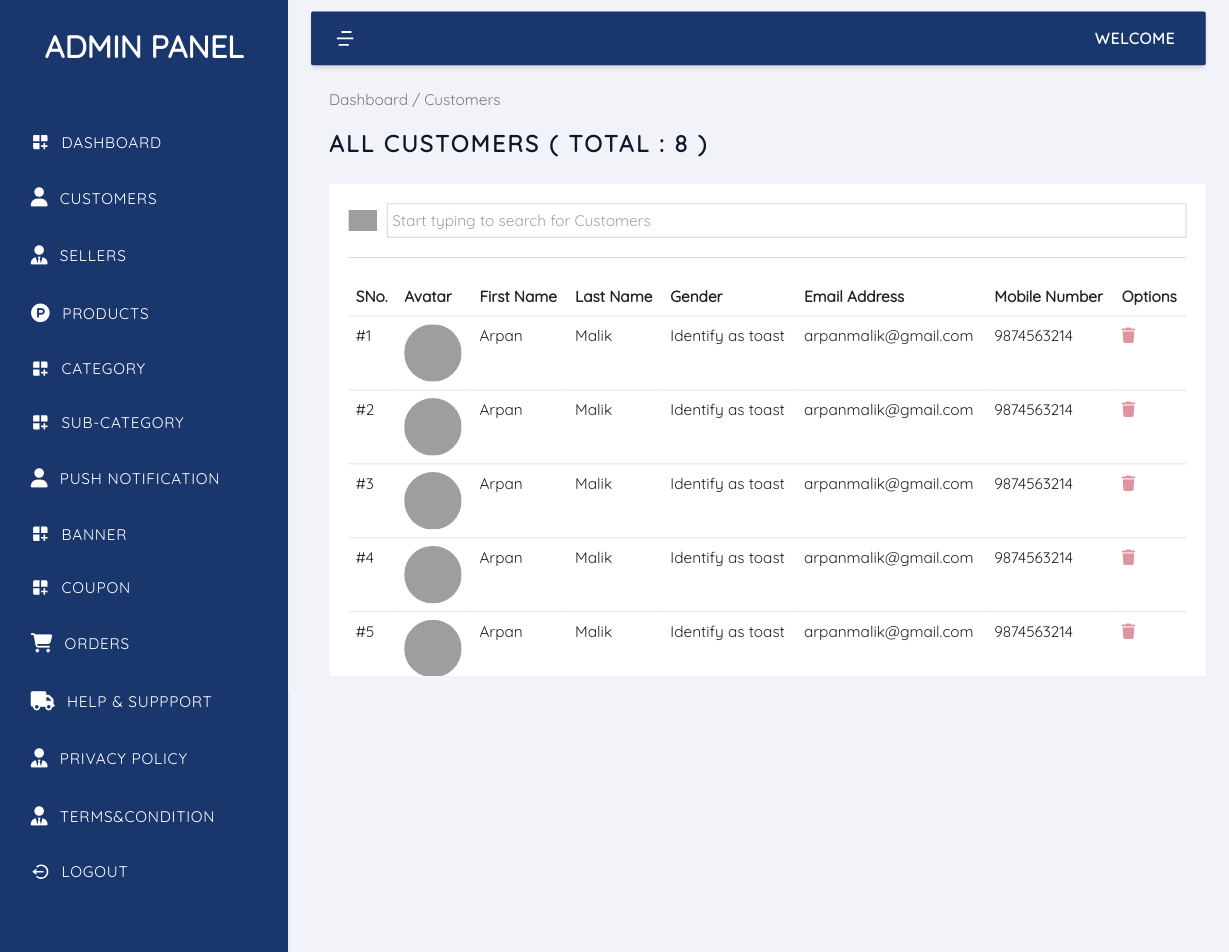
Repository: shishpal2000/admin.aschpro
Page: /Customer
An editor plug-in stored every save of this project. The page is shown before and after the next save, followed by the edit.
The browser window is 1280 px wide. The pictures show the whole page, at 96% of full size.
Pictures or frames that could not be fetched are drawn as grey boxes. An inner scrolling area shows only its first screen. Some web libraries are served in a nearby version. The project was rebuilt for these pictures with package versions that can differ from the ones it lists, and the page was loaded fresh each time. Also part of the build but not shown: src/E-CommerceAdmin/forms/Login.jsx, src/E-CommerceAdmin/pages/Dashboard.jsx, src/E-CommerceAdmin/pages/ECategory.js, src/E-CommerceAdmin/pages/EProduct.js, src/E-CommerceAdmin/pages/EVendorList.js, src/E-CommerceAdmin/pages/EAdminOrders.js, src/E-CommerceAdmin/pages/EAdminDelivery.js, src/E-CommerceAdmin/pages/ESubCategory.js and 6 more. Imported but missing from the stored project, and not drawn on this page: src/E-CommerceAdmin/pages/Component/SpinnerComp.

Above is the page before, as saved 2023-06-28 18:15:15.

### public/index.html
<!-- @format -->

<!DOCTYPE html>
<html lang="en">
  <head>
    <meta charset="utf-8" />
    <meta name="viewport" content="width=device-width, initial-scale=1" />
    <meta name="theme-color" content="#000000" />
    <meta
      name="description"
      content="Web site created using create-react-app"
    />
    <link rel="icon" href="%PUBLIC_URL%/favicon.png" />
    <link rel="manifest" href="%PUBLIC_URL%/manifest.json" />
    <link rel="preconnect" href="https://fonts.googleapis.com" />
    <link rel="preconnect" href="https://fonts.gstatic.com" crossorigin />
    <link
      href="https://fonts.googleapis.com/css2?family=Roboto+Mono:ital,wght@1,300&display=swap"
      rel="stylesheet"
    />
    <link rel="preconnect" href="https://fonts.googleapis.com">
<link rel="preconnect" href="https://fonts.gstatic.com" crossorigin>
<link href="https://fonts.googleapis.com/css2?family=Quicksand&display=swap" rel="stylesheet">
    <title>Subharambh</title>
  </head>
  <body>
    <noscript>You need to enable JavaScript to run this app.</noscript>
    <div id="root"></div>
    <script src="https://code.jquery.com/jquery-3.6.0.min.js"></script>
    <script
      src="https://kit.fontawesome.com/b533b351e4.js"
      crossorigin="anonymous"
    ></script>
    <script
      type="module"
      src="https://unpkg.com/ionicons@7.1.0/dist/ionicons/ionicons.esm.js"
    ></script>
    <script
      nomodule
      src="https://unpkg.com/ionicons@7.1.0/dist/ionicons/ionicons.js"
    ></script>
  </body>
</html>

### src/E-CommerceAdmin/pages/EAdminCustomer.js
/** @format */

import React, { useEffect, useState } from "react";
import { Alert, Table } from "react-bootstrap";
import HOC from "../layout/HOC";
import { Dropdown, Menu } from "antd";

const data = [
  {
    img: "https://img.freepik.com/free-vector/businessman-character-avatar-isolated_24877-60111.jpg",
    fName: "Arpan",
    lName: "Malik",
    Gender: "Identify as toast",
    email: "arpanmalik@gmail.com",
    mobile: "9874563214",
  },
  {
    img: "https://img.freepik.com/free-vector/businessman-character-avatar-isolated_24877-60111.jpg",
    fName: "Arpan",
    lName: "Malik",
    Gender: "Identify as toast",
    email: "arpanmalik@gmail.com",
    mobile: "9874563214",
  },

  {
    img: "https://img.freepik.com/free-vector/businessman-character-avatar-isolated_24877-60111.jpg",
    fName: "Arpan",
    lName: "Malik",
    Gender: "Identify as toast",
    email: "arpanmalik@gmail.com",
    mobile: "9874563214",
  },
  {
    img: "https://img.freepik.com/free-vector/businessman-character-avatar-isolated_24877-60111.jpg",
    fName: "Arpan",
    lName: "Malik",
    Gender: "Identify as toast",
    email: "arpanmalik@gmail.com",
    mobile: "9874563214",
  },
  {
    img: "https://img.freepik.com/free-vector/businessman-character-avatar-isolated_24877-60111.jpg",
    fName: "Arpan",
    lName: "Malik",
    Gender: "Identify as toast",
    email: "arpanmalik@gmail.com",
    mobile: "9874563214",
  },
  {
    img: "https://img.freepik.com/free-vector/businessman-character-avatar-isolated_24877-60111.jpg",
    fName: "Arpan",
    lName: "Malik",
    Gender: "Identify as toast",
    email: "arpanmalik@gmail.com",
    mobile: "9874563214",
  },
  {
    img: "https://img.freepik.com/free-vector/businessman-character-avatar-isolated_24877-60111.jpg",
    fName: "Arpan",
    lName: "Malik",
    Gender: "Identify as toast",
    email: "arpanmalik@gmail.com",
    mobile: "9874563214",
  },
  {
    img: "https://img.freepik.com/free-vector/businessman-character-avatar-isolated_24877-60111.jpg",
    fName: "Arpan",
    lName: "Malik",
    Gender: "Identify as toast",
    email: "arpanmalik@gmail.com",
    mobile: "9874563214",
  },
];

const EAdminCustomer = () => {
  const [query, setQuery] = useState("");
  const [currentPage2, setCurrentPage2] = useState(1);
  const [postPerPage2] = useState(10);
  const lastPostIndex2 = currentPage2 * postPerPage2;
  const firstPostIndex2 = lastPostIndex2 - postPerPage2;
  let pages2 = [];


  const TotolData = query
    ? data?.filter(
        (i) =>
          i?.fName?.toLowerCase().includes(query?.toLowerCase()) ||
          i?.lName?.toLowerCase().includes(query?.toLowerCase()) ||
          i?.email?.toLowerCase().includes(query?.toLowerCase())
      )
    : data;

  useEffect(() => {
    if (query) {
      setCurrentPage2(1);
    }
  }, [query]);

  const slicedData = TotolData?.slice(firstPostIndex2, lastPostIndex2);

  for (let i = 1; i <= Math.ceil(TotolData?.length / postPerPage2); i++) {
    pages2.push(i);
  }

  function Next() {
    setCurrentPage2(currentPage2 + 1);
  }

  function Prev() {
    if (currentPage2 !== 1) {
      setCurrentPage2(currentPage2 - 1);
    }
  }

  return (
    <>
      <p className="headP">Dashboard / Customers</p>
      <div
        className="pb-4 w-full flex justify-between items-center"
        style={{ width: "98%", marginLeft: "2%" }}
      >
        <span
          className="tracking-widest text-slate-900 font-semibold uppercase "
          style={{ fontSize: "1.5rem" }}
        >
          All Customers ( Total : {data?.length} )
        </span>
      </div>

      <section className="sectionCont">
        {data?.length === 0 || !data ? (
          <Alert>No Data Found</Alert>
        ) : (
          <>
            <div className="filterBox">
              <img
                src="https://t4.ftcdn.net/jpg/01/41/97/61/360_F_141976137_kQrdYIvfn3e0RT1EWbZOmQciOKLMgCwG.jpg"
                alt=""
              />
              <input
                type="search"
                placeholder="Start typing to search for Customers"
                onChange={(e) => setQuery(e.target.value)}
              />
            </div>

            <div className="overFlowCont">
              <Table>
                <thead>
                  <tr>
                    <th>SNo.</th>
                    <th>Avatar</th>
                    <th>First Name</th>
                    <th>Last Name</th>
                    <th>Gender</th>
                    <th>Email Address</th>
                    <th>Mobile Number</th>
                    <th>Options</th>
                  </tr>
                </thead>
                <tbody>
                  {slicedData?.map((i, index) => (
                    <tr key={index}>
                      <td>#{index + 1} </td>
                      <td>
                        <img
                          src={i.img}
                          alt=""
                          style={{
                            width: "60px",
                            height: "60px",
                            borderRadius: "100%",
                          }}
                        />
                      </td>
                      <td> {i.fName} </td>
                      <td> {i.lName} </td>
                      <td> {i.Gender} </td>
                      <td> {i.email} </td>
                      <td> {i.mobile} </td>
                      <td>
                        <i className="fa-solid fa-trash" />
                      </td>
                    </tr>
                  ))}
                </tbody>
              </Table>{" "}
              <div className="pagination">
                <button onClick={() => Prev()} className="prevBtn">
                  <i className="fa-solid fa-backward"></i>
                </button>
                {currentPage2 === 1 ? (
                  ""
                ) : (
                  <button onClick={() => setCurrentPage2(1)}>1</button>
                )}

                {pages2
                  ?.slice(currentPage2 - 1, currentPage2 + 3)
                  .map((i, index) =>
                    i === pages2?.length ? (
                      ""
                    ) : (
                      <button
                        key={index}
                        onClick={() => setCurrentPage2(i)}
                        className={currentPage2 === i ? "activePage" : ""}
                      >
                        {" "}
                        {i}{" "}
                      </button>
                    )
                  )}

                <button
                  onClick={() => setCurrentPage2(pages2?.length)}
                  className={
                    currentPage2 === pages2?.length ? "activePage" : ""
                  }
                >
                  {" "}
                  {pages2?.length}{" "}
                </button>

                {currentPage2 === pages2?.length ? (
                  ""
                ) : (
                  <button onClick={() => Next()} className="nextBtn">
                    {" "}
                    <i className="fa-sharp fa-solid fa-forward"></i>
                  </button>
                )}
              </div>
            </div>
          </>
        )}
      </section>
    </>
  );
};

export default HOC(EAdminCustomer);

### src/E-CommerceAdmin/layout/HOC.jsx
/** @format */

import React, { useState } from "react";
import Navbar from "./Navbar";
import Sidebar from "./Sidebar";

const HOC = (Wcomponenet) => {
  return function Component() {
    const [hamb, setHamb] = useState(false);
    return (
      <>
        <section
          className="flex overflow-x-hidden relative "
          style={{ backgroundColor: "#f2f3f8" }}
        >
          {/* Sidebar */}
          <div
            className={
              hamb
                ? " absolute top-0 z-30 md:w-auto shadow-md bg-slate-200  w-60 transition-all md:-left-full left duration-150  h-auto overflow-y-auto  left-0 "
                : " md:w-72 z-30 bg-slate-200  shadow-md  md:static absolute top-0 -left-full   transition-all duration-150  overflow-y-auto h-auto"
            }
            style={{ minWidth: "300px" }}
          >
            <Sidebar hamb={hamb} setHamb={setHamb} />
          </div>
          {/* Components & Navbar */}
          <div
            className={
              hamb
                ? " transition-all px-4 py-2  duration-150 w-full h-screen"
                : " w-full h-screen  px-4 py-2   z-50 transition-all duration-150 "
            }
            style={{ backgroundColor: "#f2f3f8" }}
          >
            <Navbar hamb={hamb} setHamb={setHamb} />
            <div className="my-6 text-#000 h-[87%] wcomp overflow-y-auto">
              {" "}
              <Wcomponenet />
            </div>
          </div>
        </section>
      </>
    );
  };
};

export default HOC;

### src/E-CommerceAdmin/layout/Navbar.jsx
/** @format */

import { RiMenu4Line } from "react-icons/ri";

const Navbar = ({ hamb, setHamb }) => {
  const AdminName = localStorage.getItem("AdminName")
  return (
    <>
      <div
        className={
          hamb
            ? "flex  w-full justify-between  my-1 rounded-sm  p-4 py-3 shadow-md items-center  bg-slate-200 space-x-4"
            : "flex  w-full justify-between my-1 rounded-sm  p-4 py-3 shadow-md items-center  bg-slate-200 space-x-4"
        }
        style={{ backgroundColor: "#19376d" }}
      >
        <RiMenu4Line
          onClick={() => setHamb(!hamb)}
          className="text-2xl font-bold text-gray-900 hover:scale-90 cursor-pointer"
          style={{ color: "#fff" }}
        />

        <section className="flex sm:ml-auto justify-end sm:w-full items-center space-x-2  pr-2">
          <figcaption className="tracking-wider pl-1 font-semibold">
            <div
              className="lg:text-base text-sm text-gray-900  uppercase"
              style={{ color: "#fff" }}
            >
              Welcome {AdminName}
            </div>
          </figcaption>
        </section>
      </div>
    </>
  );
};

export default Navbar;

### src/E-CommerceAdmin/layout/Sidebar.jsx
/** @format */

import React from "react";
import { RiCloseLine } from "react-icons/ri";
import { Link, useNavigate } from "react-router-dom";
import { BiLogOutCircle } from "react-icons/bi";
import { MdDashboardCustomize } from "react-icons/md";

const Sidebar = ({ hamb, setHamb }) => {
  const navigate = useNavigate();

  const nav = [
    {
      icon: <MdDashboardCustomize className="text-xl mr-3 rounded-full " />,
      link: "/dashboard ",
      name: "Dashboard",
    },

    {
      icon: (
        <i className="fa-solid fa-user text-xl mr-3 rounded-full"></i>
      ),
      link: "/Customer",
      name: "Customers",
    },
    {
      icon: <i className="fa-solid fa-user-tie text-xl mr-3 rounded-full"></i>,
      link: "/VendorList",
      name: "Sellers",
    },
    {
      icon: (
    <i className="fa-brands fa-product-hunt text-xl mr-3 rounded-full"></i>
      ),
      link: "/Product",
      name: "Products",
    },
    {
      icon: <MdDashboardCustomize className="text-xl mr-3 rounded-full " />,
      link: "/Category",
      name: "Category",
    },

    {
      icon: <MdDashboardCustomize className="text-xl mr-3 rounded-full " />,
      link: "/SubCategory",
      name: "Sub-Category",
    },
    {
      icon: <i className="fa-solid fa-user text-xl mr-3 rounded-full"></i>,
      link: "/pushNotification",
      name: "Push Notification",
    },

    {
      icon: <MdDashboardCustomize className="text-xl mr-3 rounded-full " />,
      link: "/banner",
      name: "Banner",
    },
    {
      icon: <MdDashboardCustomize className="text-xl mr-3 rounded-full " />,
      link: "/coupon",
      name: "Coupon",
    },

    {
      icon: (
        <i className="fa-solid fa-cart-shopping text-xl mr-3 rounded-full"></i>
      ),
      link: "/Orders",
      name: "Orders",
    },

    {
      icon: <i className="fa-solid fa-truck  text-xl mr-3 rounded-full"></i>,
      link: "/Support",
      name: "Help & Suppport",
    },


    {
      icon: <i className="fa-solid fa-user-tie text-xl mr-3 rounded-full"></i>,
      link: "/privacy",
      name: "Privacy Policy",
    },
    {
      icon: <i className="fa-solid fa-user-tie text-xl mr-3 rounded-full"></i>,
      link: "/terms",
      name: "Terms&Condition",
    }
  ];

  const logOut = () => {
    localStorage.clear()
    navigate("/");
  };

  return (
    <>
      <aside
        className="p-4 h-auto"
        style={{ backgroundColor: "#19376d", minHeight: "100vh" }}
      >
        {/* Top */}
        <div className="w-full md:hidden relative  p-2 mb-4">
          <RiCloseLine
            onClick={() => setHamb(!hamb)}
            className="text-3xl  absolute top-2 sm:hover:rotate-[228deg] transition-transform font-bold right-2 sm:hover:text-[22px] text-[rgb(241,146,46)] cursor-pointer"
          />
        </div>{" "}
        <figure className="flex  flex-col items-center">
          <span
            className="font-bold text-[#fff]"
            style={{
              fontSize: "2rem",
              textAlign: "center",
              textTransform: "uppercase",
            }}
          >
            {" "}
            ADMIN PANEL
          </span>
        </figure>
        <nav className="py-6">
          {nav.map((nav) => {
            return (
              <Link
                to={nav.link}
                key={nav.name}
                className=""
                style={{ textDecoration: "none", textTransform: "uppercase" }}
              >
                <span
                  className="flex my-3 items-center cursor-pointer text-gray-900    tracking-wider p-2 rounded-sm"
                  style={{ color: "#FFF" }}
                >
                  {nav.icon} {nav.name}
                </span>
              </Link>
            );
          })}
          <span
            className="flex my-3 items-center cursor-pointer text-gray-900    tracking-wider p-2 rounded-sm"
            onClick={() => logOut()}
            style={{ color: "#FFF", textTransform: "uppercase" }}
          >
            <BiLogOutCircle className="text-xl mr-3 rounded-full " /> LogOut
          </span>
        </nav>
      </aside>
    </>
  );
};

export default Sidebar;

Loaded but not shown: tailwind.config.js (common file); src/App.js (48 lines, source omitted); src/index.js (15 lines, source omitted); src/index.css (534 lines, source omitted)

After the next save:
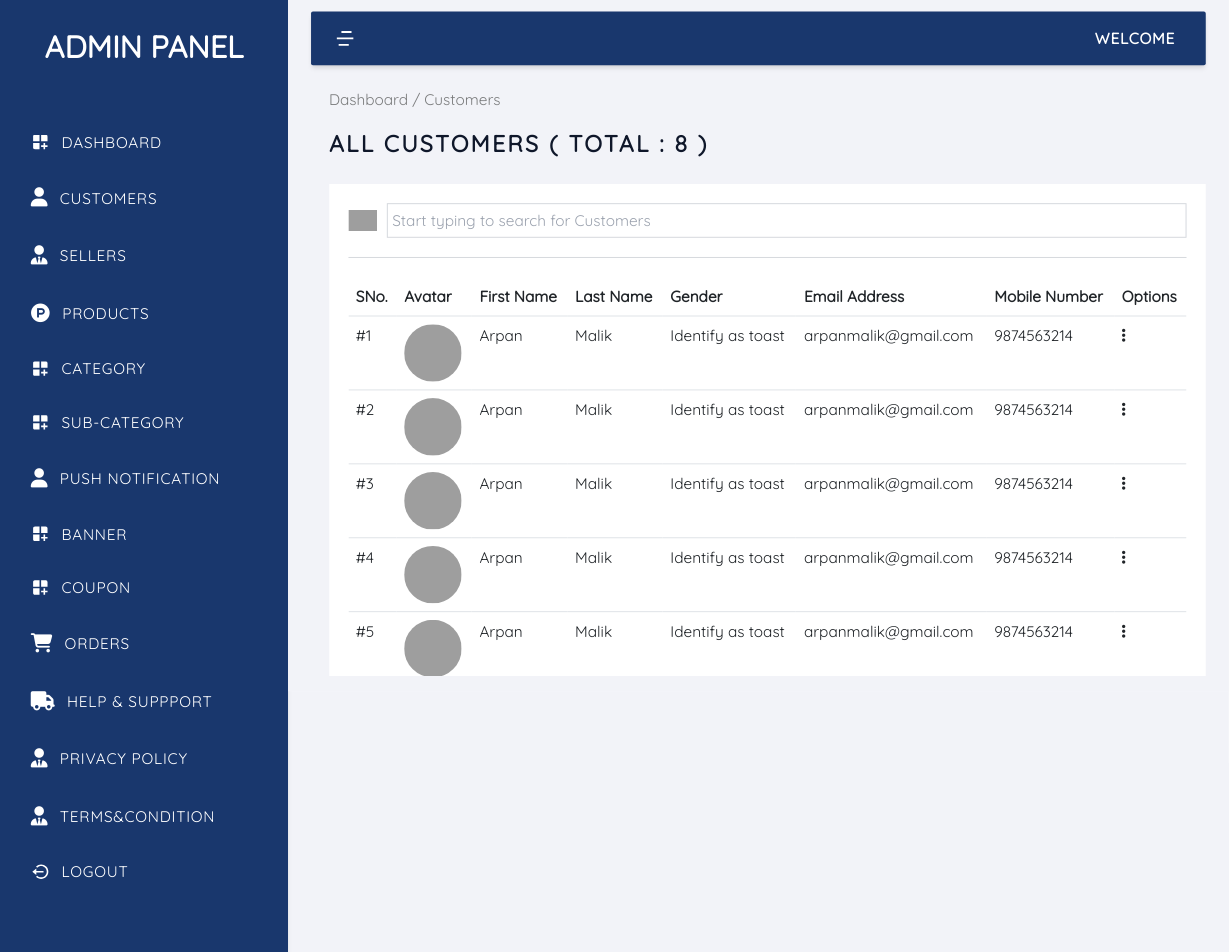
Saved 12 s later.
--- a/src/E-CommerceAdmin/pages/EAdminCustomer.js
+++ b/src/E-CommerceAdmin/pages/EAdminCustomer.js
@@ -180,7 +180,33 @@
                       <td> {i.email} </td>
                       <td> {i.mobile} </td>
                       <td>
-                        <i className="fa-solid fa-trash" />
+                      <Dropdown
+                            overlay={
+                              <Menu>
+                                <Menu.Item key="2">
+                                  <div
+                                    className="two_Sec_Div"
+                                    onClick={() => {
+                                      setModalShow(true);
+                                    }}
+                                  >
+                                    <i className="fa-solid fa-pen-to-square"></i>
+
+                                    <p>Edit</p>
+                                  </div>
+                                </Menu.Item>
+                                <Menu.Item key="3">
+                                  <div className="two_Sec_Div">
+                                    <i className="fa-sharp fa-solid fa-trash"></i>
+                                    <p>Delete</p>
+                                  </div>
+                                </Menu.Item>
+                              </Menu>
+                            }
+                            trigger={["click"]}
+                          >
+                            <i className="fa-solid fa-ellipsis-vertical"></i>
+                          </Dropdown>
                       </td>
                     </tr>
                   ))}
